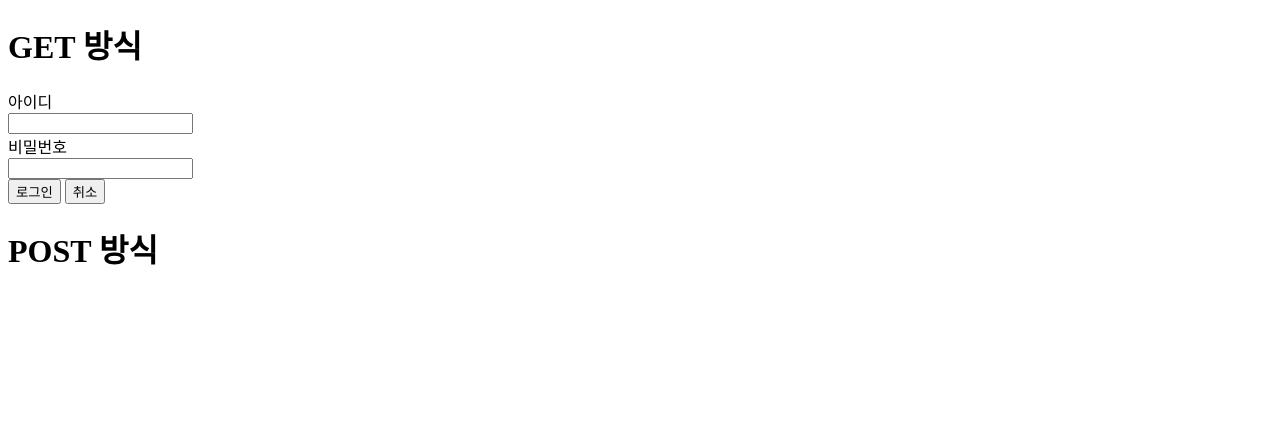
Repository: XenosJM/WEB_CODES
Page: Web01_HTML/src/main/webapp/08_form.html
An editor plug-in stored every save of this project. The page is shown before and after the next save, followed by the edit.
The browser window is 1280 px wide. The pictures show the whole page.

Above is the page before, as saved 2024-03-19 05:36:09.

After the next save:
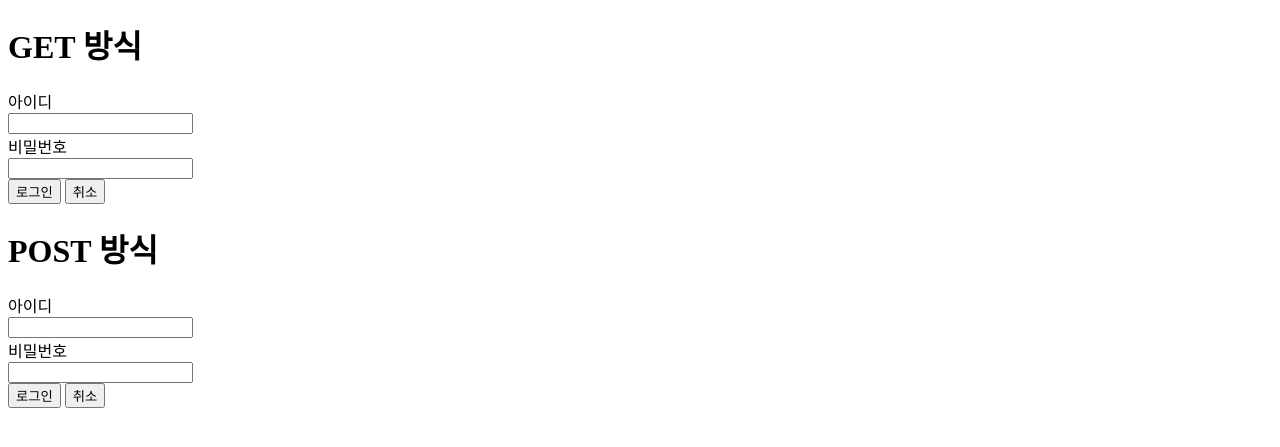
Saved 74 s later.
--- a/Web01_HTML/src/main/webapp/08_form.html
+++ b/Web01_HTML/src/main/webapp/08_form.html
@@ -26,6 +26,14 @@
 	</form>
 
 	<h1>POST 방식</h1>
+	<form action="result.html" method="POST">
+		아이디<br>
+		<input type="text" name="userid"><br>
+		비밀번호<br>
+		<input type="password" name="password"><br>
+		<input type="submit" value="로그인">
+		<input type="reset" value="취소">
+	</form>
 
 </body>
 </html>
